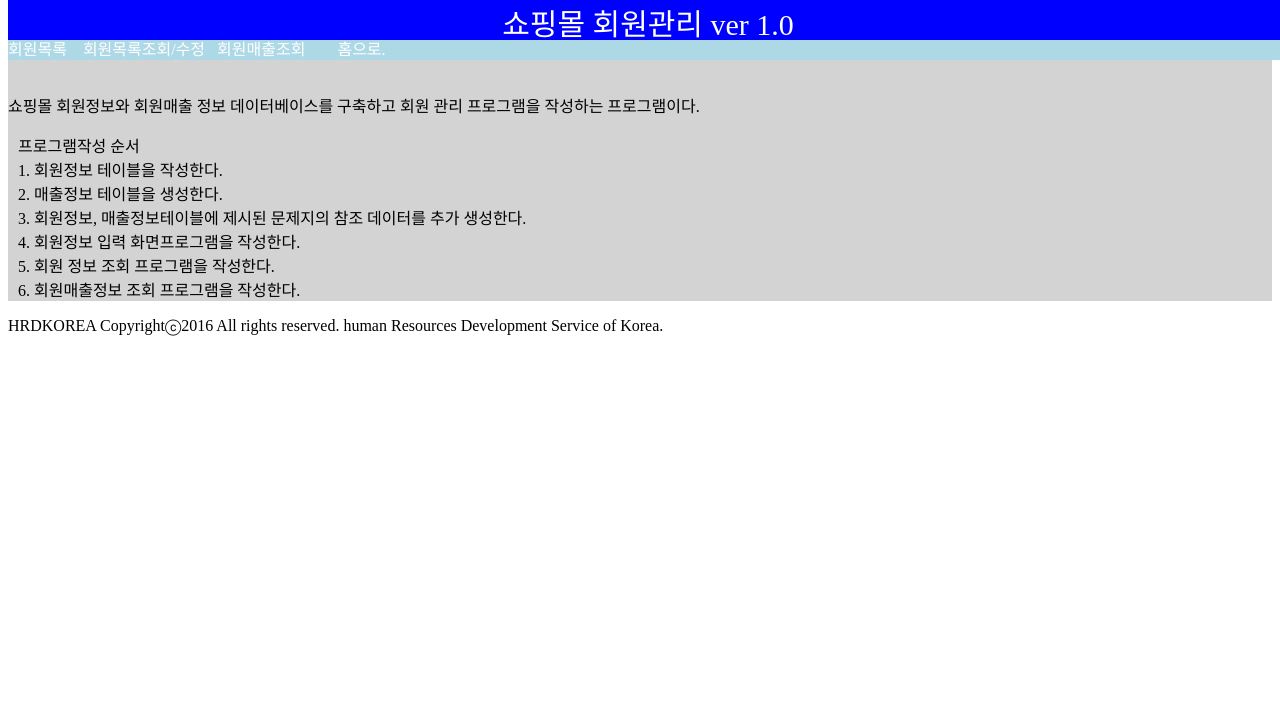
Repository: RnfElwl/youtube_infoT
Page: http://localhost/HRD_30812/
An editor plug-in stored every save of this project. The page is shown before and after the next save, followed by the edit.
The browser window is 1280 px wide. The pictures show the whole page.
The page is served by Tomcat 9. Other server files are loaded and not shown.

Above is the page before, as saved 2022-03-10 14:17:43.

### HRD_30812/src/main/webapp/index.jsp
<%@ page language="java" contentType="text/html; charset=UTF-8"
    pageEncoding="UTF-8"%>
<!DOCTYPE html>
<html>
<head>
<meta charset="UTF-8">
<title>index</title>
</head>
<body>
	<header style="position:fixed; top:0px; width:100%; height:40px;
	background-color:blue; color:white;font-size:30px; text-align:center; line-height:40px '"> 쇼핑몰 회원관리 ver 1.0</header>
	<nav style="position:fixed; top:40px; width:100%; height:20px;
	background-color:lightblue; color:white; line-height:20px ">회원목록 &nbsp;&nbsp; 회원목록조회/수정 &nbsp;&nbsp;회원매출조회 &nbsp; &nbsp; &nbsp; &nbsp;홈으로.</nav>
	<section style="position:fixed:top; top:60px; width:100%;height:100%;background-color:lightgray ">
	 <h2 style="text-align:center">쇼핑몰 회원관리 프로그램</h2><br>
	 쇼핑몰 회원정보와 회원매출 정보 데이터베이스를 구축하고 회원 관리 프로그램을 작성하는 프로그램이다.<br>
	 <p style="padding-left: 10px"> 프로그램작성 순서<br>
	 1. 회원정보 테이블을 작성한다.<br>
	 2. 매출정보 테이블을 생성한다.<br>
	 3. 회원정보, 매출정보테이블에 제시된 문제지의 참조 데이터를 추가 생성한다.<br>
	 4. 회원정보 입력 화면프로그램을 작성한다.<br>
	 5. 회원 정보 조회 프로그램을 작성한다.<br>
	 6. 회원매출정보 조회 프로그램을 작성한다.<br>
	 </p>
	</section>
	<footer sytle="position:fixed; bottom:0px; width:100%; height;30px;
	background-color:blue; color:white; text-align:center; line-height:30px; font-size:20px ">
	 HRDKOREA Copyrightⓒ2016 All rights reserved. human Resources Development Service of Korea.
	 </footer>
</body>
</html>

After the next save:
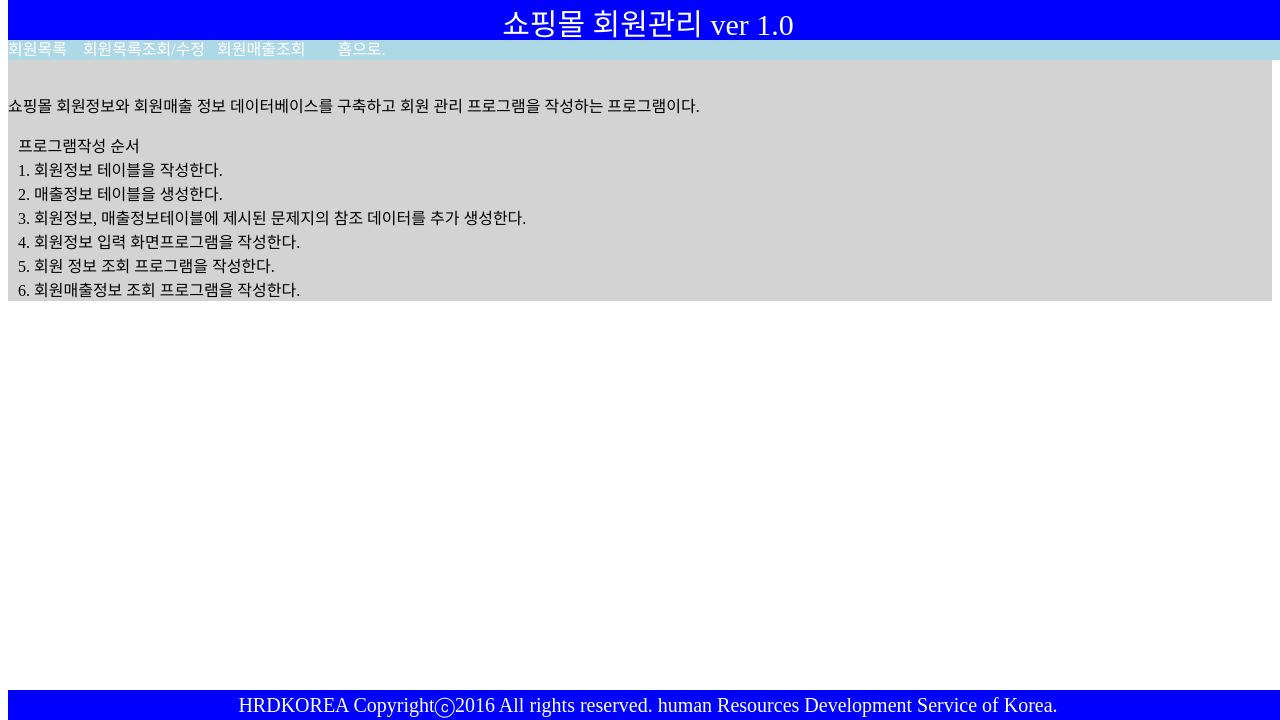
Saved 17 s later.
--- a/HRD_30812/src/main/webapp/index.jsp
+++ b/HRD_30812/src/main/webapp/index.jsp
@@ -23,7 +23,7 @@
 	 6. 회원매출정보 조회 프로그램을 작성한다.<br>
 	 </p>
 	</section>
-	<footer sytle="position:fixed; bottom:0px; width:100%; height;30px;
+	<footer style="position:fixed; bottom:0px; width:100%; height;30px;
 	background-color:blue; color:white; text-align:center; line-height:30px; font-size:20px ">
 	 HRDKOREA Copyrightⓒ2016 All rights reserved. human Resources Development Service of Korea.
 	 </footer>
